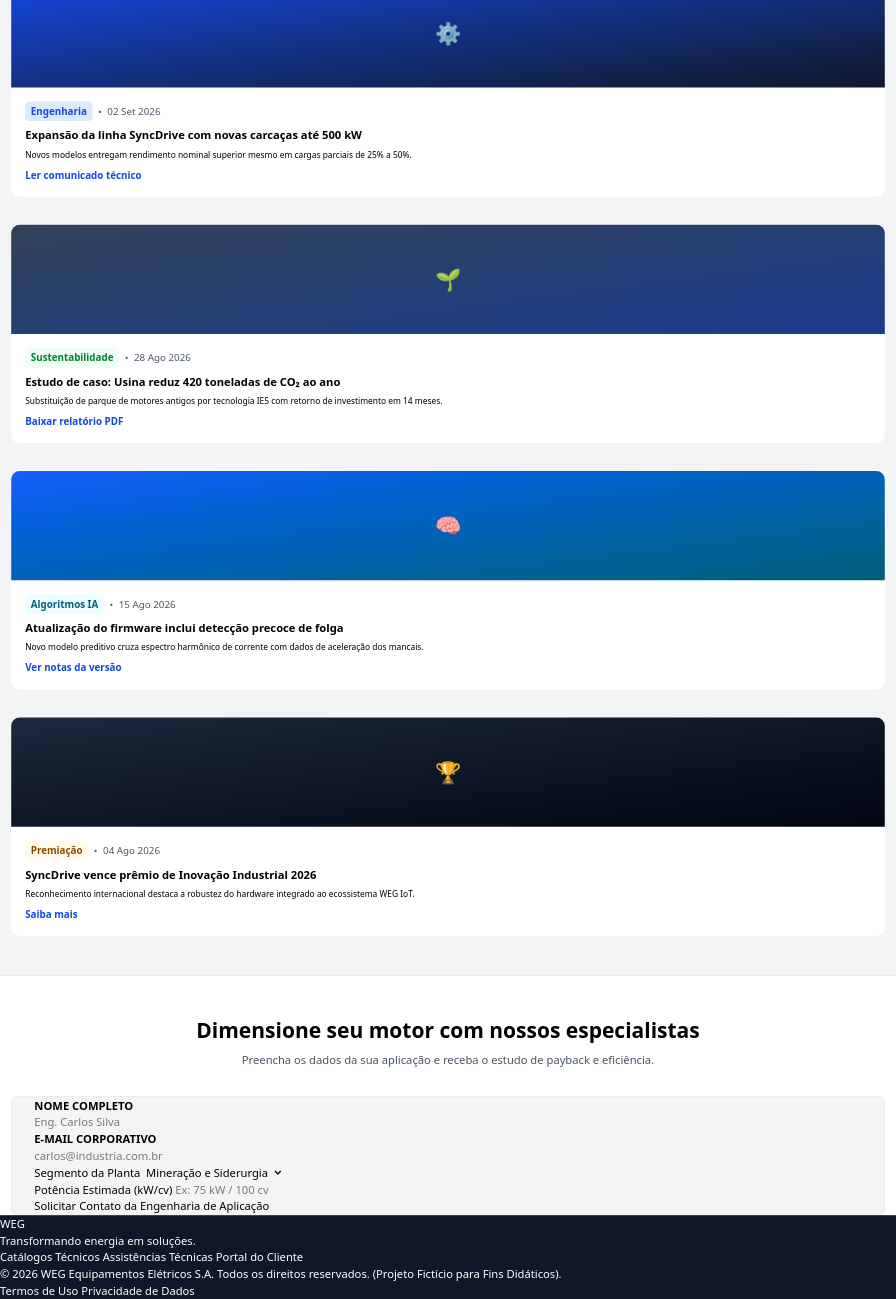
Repository: camilewng/Exercicio-Tailwind
Page: index.html
The author's editor kept a copy of each file at every save. The page is drawn from the files as they stood at one save, then again after a run of saves.
The browser window is 1280 px wide. The pictures show the part of the page from y = 3120 to 5040 px (the page is 4976 px tall before and 5040 px after), at 70% of full size.

Above is the page before, as saved 2026-09-14 18:08:05.

### index.html
<!DOCTYPE html>
<html lang="pt-BR">
<head>
  <meta charset="UTF-8">
  <meta name="viewport" content="width=device-width, initial-scale=1.0">
  <title>WEG SyncDrive IoT - Exercício Tailwind CSS</title>
  <script src="https://cdn.jsdelivr.net/npm/@tailwindcss/browser@4"></script>
</head>
<body>

  <!-- ==========================================
       1. HEADER / NAVBAR
       Desafio:
       - Fixar no topo (sticky top-0) com fundo translúcido/blur.
       - Logo WEG em destaque com fundo azul industrial.
       - Menu oculto em telas pequenas e visível em lg:.
  =========================================== -->
  <header>
    <div class="flex flex-row justify-between border-b border-gray-300 mb-15">
      <div class="flex">
        <div class="bg-blue-600 text-white text-2xl font-black w-20 h-10 text-center pt-0.75 rounded-sm m-3">
          WEG
        </div>
        <div class="flex flex-col border-l-2 border-gray-300 h-10 pl-2 mt-3">
          <span class="font-bold">SyncDrive</span>
          <span class="text-blue-600 uppercase font-medium text-xs">Industrial IoT</span>
        </div>
      </div>

      <nav class="hidden">
        <a href="#solucao">A Solução</a>
        <a href="#recursos">Tecnologia</a>
        <a href="#metricas">Performance</a>
        <a href="#aplicacoes">Aplicações</a>
        <a href="#novidades">Notícias</a>
      </nav>

      <div class="flex">
        <a href="#contato" class="hidden">Falar com Consultor</a>
        <a href="#contato" class="bg-blue-600 text-white px-4 py-2 mr-3 mt-3 mb-3 rounded-sm font-medium">
          Especificar Motor
        </a>
      </div>
    </div>
  </header>

  <main >
    <!-- ==========================================
         2. HERO SECTION
         Desafio:
         - Layout em grid de 2 colunas no desktop (texto + painel de telemetria).
         - Centralizado no mobile, alinhado à esquerda em lg:.
         - Estilizar o card escuro de telemetria com badges e status.
    =========================================== -->
    <section id="solucao" class="bg-gradient-to-t from-gray-200 to-white pb-15" >
      <div>
      <div >
        <div>

          <!-- Coluna 1: Conteúdo Textual -->
          <div class="flex flex-col">
            <span class="bg-blue-50 border border-blue-300 uppercase text-sm text-blue-600
                         font-semibold p-1 px-3 rounded-4xl flex mx-11 mb-6">
              Indústria 4.0 & Manutenção Preditiva
            </span>
            <h1 class="font-black text-3xl text-center w-85 mx-8 mb-6 leading-9">WEG SyncDrive: Confiabilidade extrema com inteligência preditiva.</h1>
            <p class="text-gray-600 text-center mx-2 mb-6">
              O motor elétrico síncrono que combina rendimento ultra-premium (IE5), sensoriamento integrado de vibração e temperatura e conectividade instantânea com a nuvem WEG IoT.
            </p>
            <div class="flex flex-col">
              <a href="#contato" class="bg-blue-600 mx-4 text-white flex justify-center font-medium py-3 rounded-sm mb-3">
                Solicitar Folha de Dados
              </a>
              <a href="#recursos" class="border border-gray-300 text-gray-700 font-semibold flex justify-center mx-4 py-3 rounded-sm bg-white mb-10">
                Conhecer a Arquitetura
              </a>
            </div>
          </div>

          <!-- Coluna 2: Card de Telemetria IoT -->
          <div class="bg-slate-900 text-white mx-4 rounded-2xl p-7 ">
            <div>
              <div class="flex justify-between border-b border-gray-600 mb-3">
                <span class="text-blue-400 text-sm mb-4">NODE_ID: WEG-MTR-8842</span>
                <div>
                  <span></span>
                  <span class="flex text-sm text-gray-400">Online 60Hz</span>
                </div>
              </div>

              <div>
                <div class="bg-slate-800 p-3 rounded-lg mb-4">
                  <span  class="text-sm text-gray-400">Eficiência Energética</span>
                  <div class="font-bold text-2xl">96.8% <span class="text-green-300 font-normal text-sm">(Padrão IE5)</span></div>
                </div>

                <div class="flex flex-row gap-4">
                  <div class="bg-slate-800 p-4 rounded-lg mb-4">
                    <span class="text-gray-400 text-sm">Vibração RMS</span>
                    <div class="font-semibold text-xl pb-2 pr-5">0.82 mm/s</div>
                    <span class="text-green-300 text-xs">✓ Faixa Ideal ISO</span>
                  </div>
                  <div class="bg-slate-800 p-4 rounded-lg mb-4">
                    <span class="text-gray-400 text-sm" >Temp. Mancal</span>
                    <div class="font-semibold text-xl pr-13 pb-2">62.4 °C</div>
                    <span class="text-blue-400 text-xs">Normal (PT100)</span>
                  </div>
                </div>

                <div class="bg-blue-950 text-xs px-3 py-3 text-blue-200/90 rounded-lg border border-blue-500/30">
                  ⚡ Previsão de manutenção: operação normal pelos próximos 12 meses.
                </div>
              </div>
            </div>
          </div>

        </div>
      </div>
    </section>

    <!-- ==========================================
         3. RECURSOS / ESPECIFICAÇÕES TÉCNICAS
         Desafio:
         - Grid responsivo de 3 colunas (1 col mobile, 3 cols desktop).
         - Efeito hover nos cards com transição suave de borda ou sombra.
    =========================================== -->
    <section id="recursos" class="p-5">
      <div>
        <div>
          <h2 class="font-black text-3xl text-center mt-12 mb-4">Engenharia pensada para regime contínuo</h2>
          <p class="text-gray-600 text-center mb-15">Projetado para suportar ambientes industriais severos sem comprometer o fluxo operacional.</p>
        </div>

        <div>
          <article class="bg-gray-100 p-5 rounded-lg border border-gray-300/80 mb-8">
            <div class="flex justify-center items-center bg-blue-100 w-11 h-11 rounded-lg mb-4">⚙️</div>
            <h3 class="text-xl font-bold mb-3">Nível de Rendimento IE5</h3>
            <p class="text-gray-600">Rotores com ímãs permanentes de terras raras que eliminam perdas por efeito Joule no rotor, gerando até 35% de economia em perdas elétricas.</p>
          </article>

          <article class="bg-gray-100 p-5 rounded-lg border border-gray-300/80 mb-8">
            <div class="flex justify-center items-center bg-blue-100 w-11 h-11 rounded-lg mb-4">📡</div>
            <h3 class="text-xl font-bold mb-3">Módulo IoT Plug & Play</h3>
            <p class="text-gray-600">Sensores triaxiais acoplados de fábrica comunicando via Bluetooth Low Energy ou redes industriais cabeadas diretamente com o gateway da planta.</p>
          </article>

          <article class="bg-gray-100 p-5 rounded-lg border border-gray-300/80 mb-8">
            <div class="flex justify-center items-center bg-blue-100 w-11 h-11 rounded-lg mb-4">🛡️</div>
            <h3 class="text-xl font-bold mb-3">Grau de Proteção IP66 / W3</h3>
            <p class="text-gray-600">Carcaça em ferro fundido de alta resistência mecânica com pintura anticorrosiva de alto desempenho, apto para atmosferas agressivas.</p>
          </article>
        </div>
      </div>
    </section>

    <!-- ==========================================
         4. MÉTRICAS / NÚMEROS INDUSTRIAIS
         Desafio:
         - Seção de alto contraste (fundo escuro slate-900).
         - Grid de 2 colunas no mobile e 4 colunas em telas maiores.
    =========================================== -->
    <section id="metricas" class="bg-slate-900">
      <div>
        <div class="grid grid-rows-2 grid-cols-2 pt-10 pb-5 px-8 gap-5">
          <div class="border-b border-gray-800 col-start-1 col-end-2 row-start-1 row-end-2">
            <div class="text-blue-400/90 font-black text-3xl text-center pb-1 pt-3">-70%</div>
            <div class="text-gray-300 text-sm pb-8">Paradas Não Planejadas</div>
          </div>
          <div  class="border-b border-gray-800 col-start-2 col-end-3 row-start-1 row-end-2 ">
            <div class="text-blue-400/90 font-black text-3xl text-center pb-1 pt-3">IE5</div>
            <div class="text-gray-300 text-sm">Classificação Energética</div>
          </div>
          <div class="col-start-1 col-end-2 row-start-2 row-end-3" >
            <div class="text-blue-400/90 font-black text-3xl text-center pb-1 pt-3">100k+</div>
            <div class="text-gray-300 text-xs">Horas de Vida dos Mancais</div>
          </div>
          <div class="col-start-2 col-end-3 row-start-2 row-end-3">
            <div class="text-blue-400/90 font-black text-3xl text-center pb-1 pt-3">24/7</div>
            <div class="text-gray-300 text-sm text-center">Telemetria em Nuvem</div>
          </div>
        </div>
      </div>
    </section>

    <!-- ==========================================
         5. APLICAÇÕES INDUSTRIAIS
         Desafio:
         - Grid de 4 colunas adaptável (1 col mobile, 2 sm, 4 lg).
         - Uso de tags de categoria uppercase com tipografia reduzida.
    =========================================== -->
    <section id="aplicacoes" class="pb-8 border-b border-gray-300/80">
      <div>
        <div>
          <h2 class="font-bold text-3xl text-center mt-15 mb-3">Projetado para indústrias críticas</h2>
          <p class="text-gray-600 text-center mx-5 mb-10">Linhas de montagem e processos onde a interrupção não é uma opção.</p>
        </div>

        <div class="flex flex-col">
          <div class="bg-gray-100 rounded-md border border-gray-300/80 mx-4 p-3 mb-6">
            <span class="uppercase text-blue-600 font-semibold text-sm">Mineração</span>
            <h4 class="text-xl font-bold mt-2 mb-2">Correias & Britadores</h4>
            <p class="text-gray-500 text-sm">Torque constante em baixas rotações sem necessidade de redutores pesados.</p>
          </div>

          <div class="bg-gray-100 rounded-md border border-gray-300/80 mx-4 p-3 mb-6">
            <span class="uppercase text-blue-600 font-semibold text-sm">Saneamento</span>
            <h4 class="text-xl font-bold mt-2 mb-2">Estações de Bombeamento</h4>
            <p class="text-gray-500 text-sm">Redução drástica do custo de kWh em bombas centrífugas de regime 24 horas.</p>
          </div>

          <div class="bg-gray-100 rounded-md border border-gray-300/80 mx-4 p-3 mb-6">
            <span class="uppercase text-blue-600 font-semibold text-sm">Papel & Celulose</span>
            <h4 class="text-xl font-bold mt-2 mb-2">Secadores e Bobinadeiras</h4>
            <p  class="text-gray-500 text-sm">Precisão milimétrica de sincronismo de velocidade entre rolos condutores.</p>
          </div>

          <div class="bg-gray-100 rounded-md border border-gray-300/80 mx-4 p-3 mb-6">
            <span class="uppercase text-blue-600 font-semibold text-sm">Agroindústria</span>
            <h4 class="text-xl font-bold mt-2 mb-2">Silos & Ventiladores</h4>
            <p class="text-gray-500 text-sm">Operação imune a poeira condutiva com baixo índice de aquecimento residual.</p>
          </div>
        </div>
      </div>
    </section>

    <!-- ==========================================
         6. NOVIDADES / NOTÍCIAS (4 ITENS)
         Desafio:
         - Cabeçalho com alinhamento justify-between.
         - 4 cards em grid: 1 col (mobile), 2 cols (md), 4 cols (lg).
         - Imagem/banner visual com gradiente em cada notícia.
         - Flexbox nos cards para fixar o link de leitura no rodapé.
    =========================================== -->
    <section id="novidades" class="bg-gray-100 p-4 border-b border-gray-200">
      <div>

        <div>
          <div class="flex flex-col">
            <span class="uppercase text-blue-700 font-semibold text-sm mt-15">Sala de Imprensa & Artigos</span>
            <h2 class="font-black text-3xl mt-2 mb-4">Últimas notícias WEG SyncDrive</h2>
          </div class="flex">
          <a href="#" class="text-blue-700 font-semibold">Ver central de notícias →</a>
        </div>

        <div>
          <!-- Notícia 1 -->
          <article class="bg-white rounded-xl mt-10">
            <div class="text-3xl py-15 text-center bg-gradient-to-br from-blue-700 to-slate-900 rounded-t-xl ">⚙️</div>
            <div class="px-5 py-5">
              <div class="flex">
                <span class="bg-blue-100 py-1 px-2 rounded-md text-blue-700 font-semibold text-sm mb-2 mr-2">Engenharia</span>
                <span class="text-gray-600 text-sm mr-2 pt-1">•</span>
                <time class="text-gray-600 text-sm pt-1">02 Set 2026</time>
              </div>
              <h3>
                <a href="#" class="font-bold text-md">Expansão da linha SyncDrive com novas carcaças até 500 kW</a>
              </h3>
              <p class="text-xs py-2">Novos modelos entregam rendimento nominal superior mesmo em cargas parciais de 25% a 50%.</p>
              <a href="#" class="text-blue-700 font-semibold text-sm">Ler comunicado técnico</a>
            </div>
          </article>

          <!-- Notícia 2 -->
          <article class="bg-white rounded-xl mt-10">
            <div class="text-3xl py-15 text-center bg-gradient-to-br from-slate-700 to-blue-900 rounded-t-xl ">🌱</div>
            <div class="px-5 py-5">
              <div class="flex">
                <span class="bg-green-50 py-1 px-2 rounded-md text-green-700 font-semibold text-sm mb-2 mr-2">Sustentabilidade</span>
                <span class="text-gray-600 text-sm mr-2 pt-1">•</span>
                <time class="text-gray-600 text-sm pt-1">28 Ago 2026</time>
              </div>
              <h3>
                <a href="#" class="font-bold text-md">Estudo de caso: Usina reduz 420 toneladas de CO₂ ao ano</a>
              </h3>
              <p class="text-xs py-2">Substituição de parque de motores antigos por tecnologia IE5 com retorno de investimento em 14 meses.</p>
              <a href="#" class="text-blue-700 font-semibold text-sm">Baixar relatório PDF</a>
            </div>
          </article>

          <!-- Notícia 3 -->
          <article class="bg-white rounded-xl mt-10">
            <div class="text-3xl py-15 text-center bg-gradient-to-br from-blue-600 to-cyan-800 rounded-t-xl ">🧠</div>
            <div class="px-5 py-5">
              <div class="flex">
                <span class="bg-cyan-50 py-1 px-2 rounded-md text-cyan-800 font-semibold text-sm mb-2 mr-2">Algoritmos IA</span>
                <span class="text-gray-600 text-sm mr-2 pt-1">•</span>
                <time class="text-gray-600 text-sm pt-1">15 Ago 2026</time>
              </div>
              <h3>
                <a href="#" class="font-bold text-md">Atualização do firmware inclui detecção precoce de folga</a>
              </h3>
              <p class="text-xs py-2">Novo modelo preditivo cruza espectro harmônico de corrente com dados de aceleração dos mancais.</p>
              <a href="#" class="text-blue-700 font-semibold text-sm">Ver notas da versão</a>
            </div>
          </article>

          <!-- Notícia 4 -->
          <article class="bg-white rounded-xl mt-10 mb-10">
            <div class="text-3xl py-15 text-center bg-gradient-to-br from-slate-800 to-gray-950 rounded-t-xl ">🏆</div>
            <div class="px-5 py-5">
              <div class="flex">
                <span class="bg-yellow-50 py-1 px-2 rounded-md text-yellow-800 font-semibold text-sm mb-2 mr-2">Premiação</span>
                <span class="text-gray-600 text-sm mr-2 pt-1">•</span>
                <time class="text-gray-600 text-sm pt-1">04 Ago 2026</time>
              </div>
              <h3>
                <a href="#" class="font-bold text-md">SyncDrive vence prêmio de Inovação Industrial 2026</a>
              </h3>
              <p class="text-xs py-2">Reconhecimento internacional destaca a robustez do hardware integrado ao ecossistema WEG IoT.</p>
              <a href="#" class="text-blue-700 font-semibold text-sm">Saiba mais</a>
            </div>
          </article>
        </div>

      </div>
    </section>

    <!-- ==========================================
         7. FORMULÁRIO DE CONTATO / DIMENSIONAMENTO
         Desafio:
         - Inputs estilizados com focus rings.
         - Grid de formulário com campos em 2 colunas no desktop.
    =========================================== -->
    <section id="contato">
      <div>
        <div>
          <h2 class="text-3xl px-5 font-bold text-center pb-3 mt-15">Dimensione seu motor com nossos especialistas</h2>
          <p class="text-center px-5 text-gray-600 pb-10">Preencha os dados da sua aplicação e receba o estudo de payback e eficiência.</p>
        </div>

        <form class="bg-gray-100 mx-4 border border-gray-200 rounded-lg px-8">
          <div class="flex flex-col">
            <div class="flex flex-col">
              <label class="uppercase font-semibold">Nome Completo</label>
              <input type="text" placeholder="Eng. Carlos Silva">
            </div>
            <div class="flex flex-col">
              <label class="uppercase font-semibold">E-mail Corporativo</label>
              <input type="email" placeholder="carlos@industria.com.br">
            </div>
          </div>

          <div>
            <div>
              <label>Segmento da Planta</label>
              <select>
                <option>Mineração e Siderurgia</option>
                <option>Papel e Celulose</option>
                <option>Saneamento e Água</option>
                <option>Química e Petroquímica</option>
                <option>Alimentos e Bebidas</option>
              </select>
            </div>
            <div>
              <label>Potência Estimada (kW/cv)</label>
              <input type="text" placeholder="Ex: 75 kW / 100 cv">
            </div>
          </div>

          <button type="submit">Solicitar Contato da Engenharia de Aplicação</button>
        </form>
      </div>
    </section>
  </main>

  <!-- ==========================================
       8. RODAPÉ / FOOTER
       Desafio:
       - Layout corporativo com tipografia sutil.
       - Disposição em flexbox responsivo (colunas empilhadas no mobile, linha no desktop).
  =========================================== -->
  <footer class="bg-slate-900 text-white">
    <div>
      <div>
        <div>
          <div>WEG</div>
          <span>Transformando energia em soluções.</span>
        </div>
        <div>
          <a href="#">Catálogos Técnicos</a>
          <a href="#">Assistências Técnicas</a>
          <a href="#">Portal do Cliente</a>
        </div>
      </div>
      <div>
        <p>© 2026 WEG Equipamentos Elétricos S.A. Todos os direitos reservados. (Projeto Fictício para Fins Didáticos).</p>
        <div>
          <a href="#">Termos de Uso</a>
          <a href="#">Privacidade de Dados</a>
        </div>
      </div>
    </div>
  </footer>

</body>
</html>

After the next 2 saves:
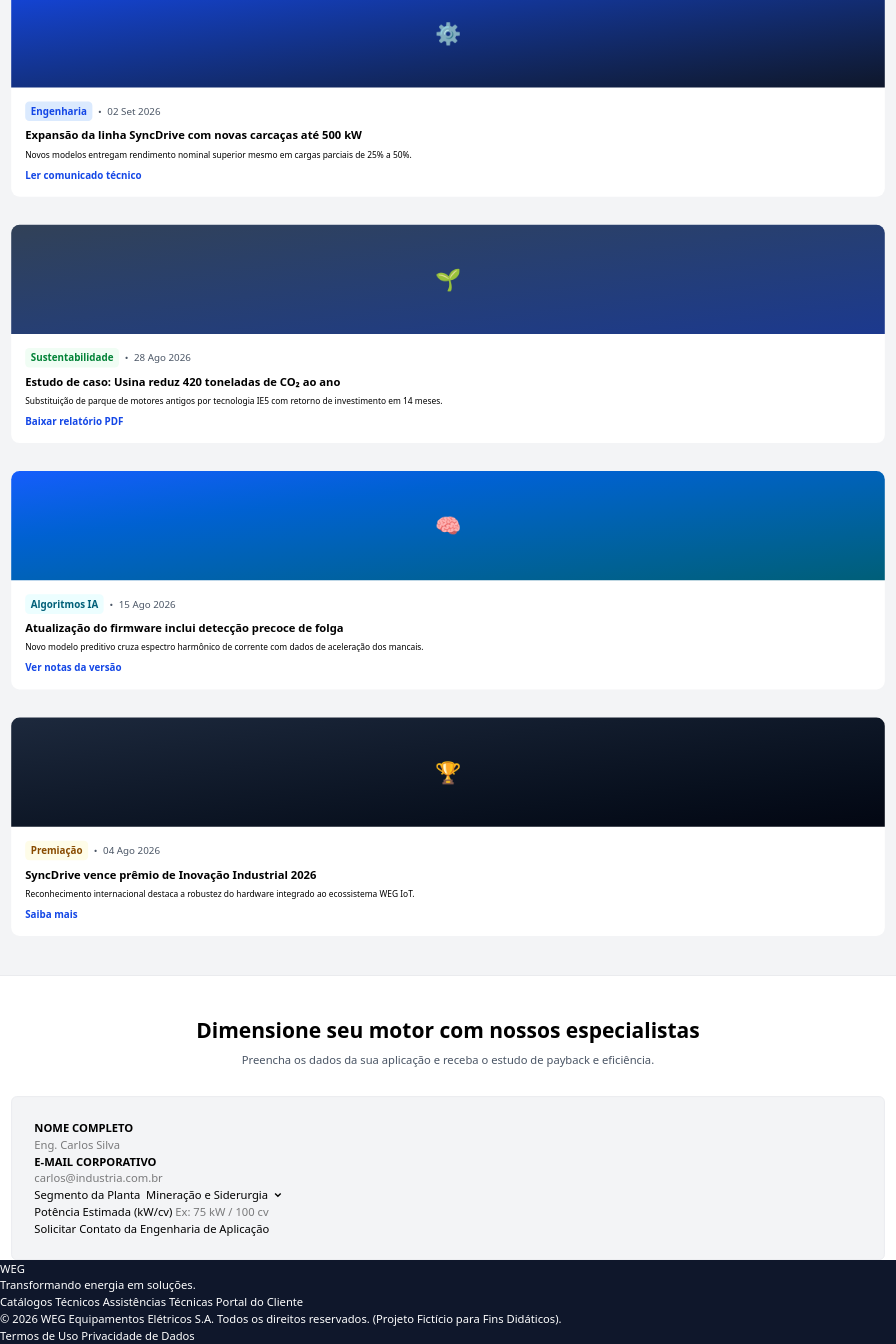
The 2 saves are shown as one change because they came seconds apart.
The last was saved 9 s later.
--- a/index.html
+++ b/index.html
@@ -328,7 +328,7 @@
           <p class="text-center px-5 text-gray-600 pb-10">Preencha os dados da sua aplicação e receba o estudo de payback e eficiência.</p>
         </div>
 
-        <form class="bg-gray-100 mx-4 border border-gray-200 rounded-lg px-8">
+        <form class="bg-gray-100 mx-4 border border-gray-200 rounded-lg px-8 py-8">
           <div class="flex flex-col">
             <div class="flex flex-col">
               <label class="uppercase font-semibold">Nome Completo</label>
